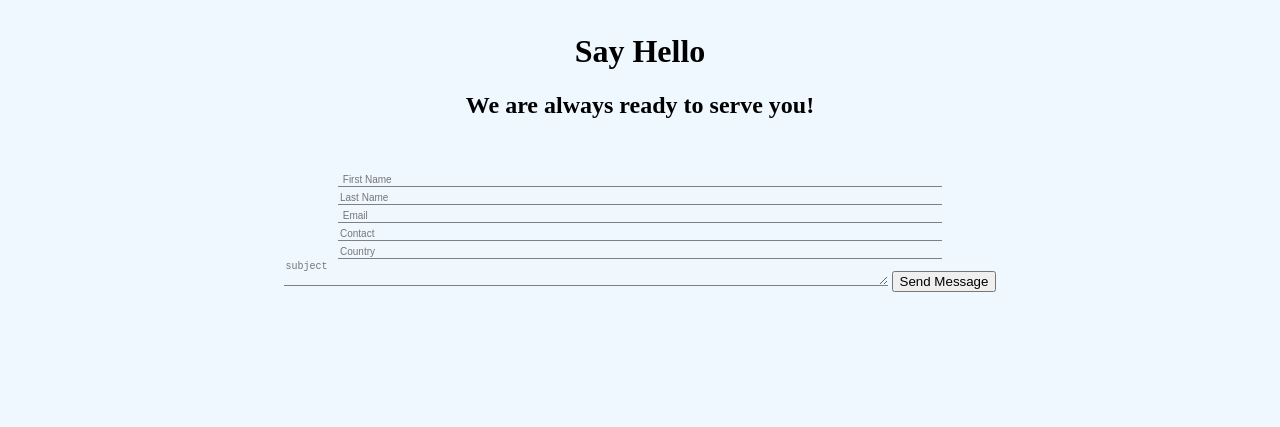
Repository: Owusuharriet/HW1-HAMAH.index.html
Page: index.htm
An editor plug-in stored every save of this project. The page is shown before and after the next save, followed by the edit.
The browser window is 1280 px wide. The pictures show the whole page.

Above is the page before, as saved 2020-08-03 23:16:08.

### index.htm
<!DOCTYPE html>
<html lang="en">
<head>
    <meta charset="UTF-8">
    <meta name="viewport" content="width=device-width, initial-scale=1.0">
    <link rel="stylesheet" href="./style.css">
    <title>Contact Form</title>
</head>
<body>
    <div class="contact-title">
        <h1>Say Hello</h1>
        <h2>We are always ready to serve you!</h2>
    </div>

    <form class="contact-form">
        <from id="contact-form" method="post" action="">
        <input name="name" type="text" class="form-control" placeholder=" First Name" required>
        <br>
        <input name="name" type="text" class="form-control" placeholder="Last Name" required>
        <br>
        <input name="emial" type="email" class="form-control" placeholder=" Email"required>
        <br>
        <input name="contact" type="contact" class="form-control" placeholder="Contact" required>
        <br>
        <input name="Country" type="country" class="form-control" placeholder="Country" required>
        <br>
        <textarea name="subject" type="subject" class="form-control" placeholder="subject" required></textarea>

        <input type="submit" class="form-center submit" value="Send Message">
    </form>


    </div>


</body>
</html>

### style.css
body{
    margin: 6px;
    padding: 6px;
    text-align: center;
    background-color: aliceblue;

    background-size: cover;
    background-position: center;

}
.content-title{
    margin-top: 100px;
    color: rgb(43, 36, 36);
    text-transform: uppercase;
    transition: all 2 ease-in-out;

}
.content-title h1{
    font-size: 32px;
    line-height: 10px;
}

.content-title h2{
    font-size: 10px;
}

form{
    margin-top: 50px;
    transition: all;
}

.form-control{
    width: 600px;
    background: transparent;
    border: none;
    outline: none;
    border-bottom: 1px solid gray;
    color:#ffffff;
    font-size: 10px;
    margin-bottom: 1;
}

After the next save:
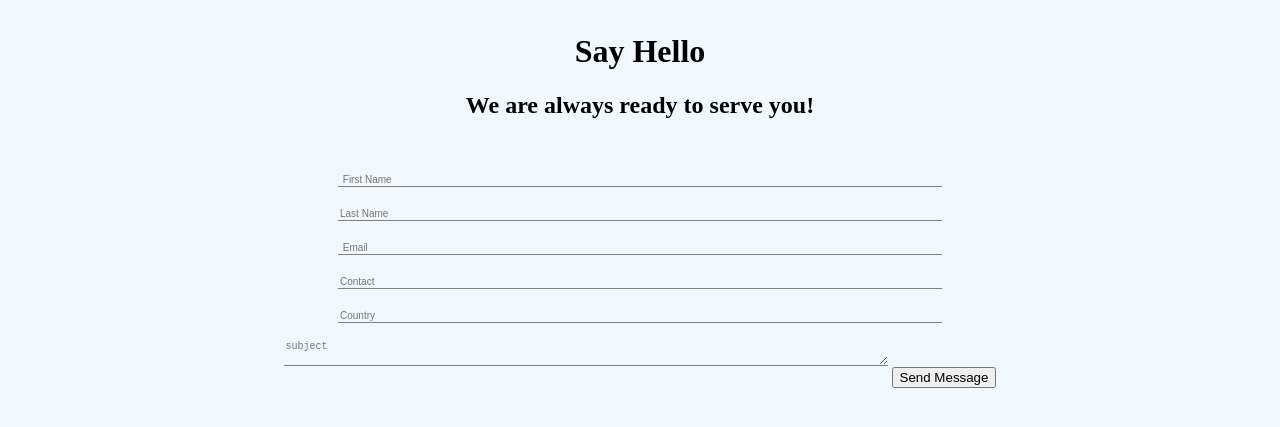
Saved 4 s later.
--- a/style.css
+++ b/style.css
@@ -37,5 +37,5 @@ form{
     border-bottom: 1px solid gray;
     color:#ffffff;
     font-size: 10px;
-    margin-bottom: 1;
+    margin-bottom: 16px;
 }
